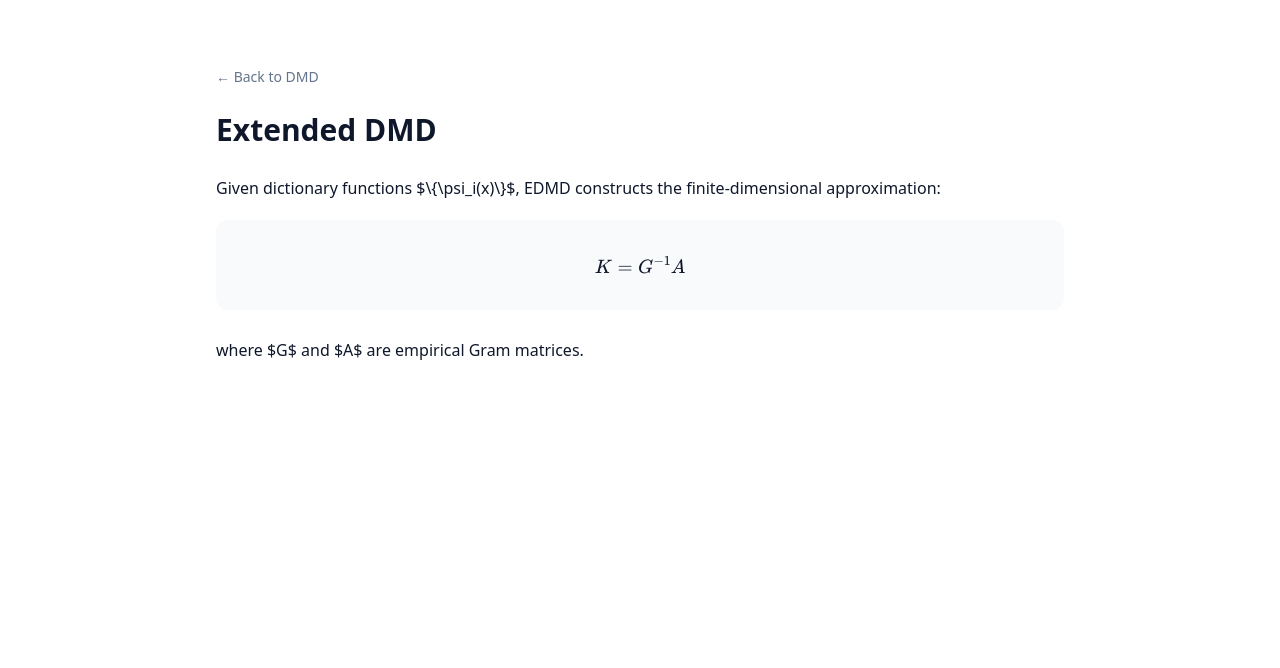
Repository: JWS625/JWS625.github.io
Page: notes/modal_analysis/04_variant_of_dynamic_mode_decomposition.html
The author's editor kept a copy of each file at every save. The page is drawn from the files as they stood at one save, then again after the next save.
The browser window is 1280 px wide. The pictures show the whole page.
Some web libraries are served in a nearby version.

Above is the page before, as saved 2026-02-20 19:21:54.
Console error (its wording comes from the project's code and is left out).

### notes/modal_analysis/04_variant_of_dynamic_mode_decomposition.html
<!doctype html>
<html>
<head>
<meta charset="utf-8">
<title>Variant of Dynamic Mode Decomposition | Research Notes</title>
<script src="https://cdn.tailwindcss.com"></script>
<script src="./../../assets/mathjax-config.js"></script>
<script defer src="https://cdn.jsdelivr.net/npm/mathjax@3/es5/tex-svg.js"></script>


<!-- <script>
window.MathJax = {
  tex: { inlineMath: [['$', '$'], ['\\(', '\\)']] }
};
</script> -->
<script src="https://cdn.jsdelivr.net/npm/mathjax@3/es5/tex-mml-chtml.js"></script>
</head>

<body class="bg-white text-slate-900">
<div class="max-w-4xl mx-auto px-6 py-16">

<a href="index.html" class="text-sm text-slate-500 hover:text-black">
← Back to DMD
</a>

<h1 class="text-3xl font-semibold mt-6">
Extended DMD
</h1>

<p class="mt-6 leading-8">
Given dictionary functions $\{\psi_i(x)\}$, EDMD constructs
the finite-dimensional approximation:
</p>

<div class="bg-slate-50 p-4 rounded-xl mt-4">
$$
K = G^{-1} A
$$
</div>

<p class="mt-6 leading-8">
where $G$ and $A$ are empirical Gram matrices.
</p>

</div>
</body>
</html>

### assets/mathjax-config.js
window.MathJax = {
tex: {
    macros: {
    argmin: ["\\operatorname*{arg\\,min}"],
    argmax: ["\\operatorname*{arg\\,max}"],
    vta: "\\boldsymbol{\\alpha}",
    vtb: "\\boldsymbol{\\beta}",
    vtf: "\\boldsymbol{\\phi}",
    vtrf: "\\boldsymbol{\\varphi}",
    vtg: "\\boldsymbol{\\gamma}",
    vtx: "\\boldsymbol{\\xi}",
    vty: "\\boldsymbol{\\psi}",
    vtF: "\\boldsymbol{\\Phi}",
    vtL: "\\boldsymbol{\\Lambda}",
    vtO: "\\boldsymbol{\\Omega}",
    vtS: "\\boldsymbol{\\Sigma}",
    vtX: "\\boldsymbol{\\Xi}",
    vtY: "\\boldsymbol{\\Psi}",
    vc: "\\mathbf{c}",
    vg: "\\mathbf{g}",
    vv: "\\mathbf{v}",
    vw: "\\mathbf{w}",
    vx: "\\mathbf{x}",
    vy: "\\mathbf{y}",
    vB: "\\mathbf{B}",
    vC: "\\mathbf{C}",
    vF: "\\mathbf{F}",
    vG: "\\mathbf{G}",
    vI: "\\mathbf{I}",
    vQ: "\\mathbf{Q}",
    vX: "\\mathbf{X}",
    vY: "\\mathbf{Y}",
    vM: "\\mathbf{M}",
    vU: "\\mathbf{U}",
    vV: "\\mathbf{V}",
    vZ: "\\mathbf{Z}",
    R: "\\mathbb{R}",
    C: "\\mathbb{C}"
    }
}
};

After the next save:
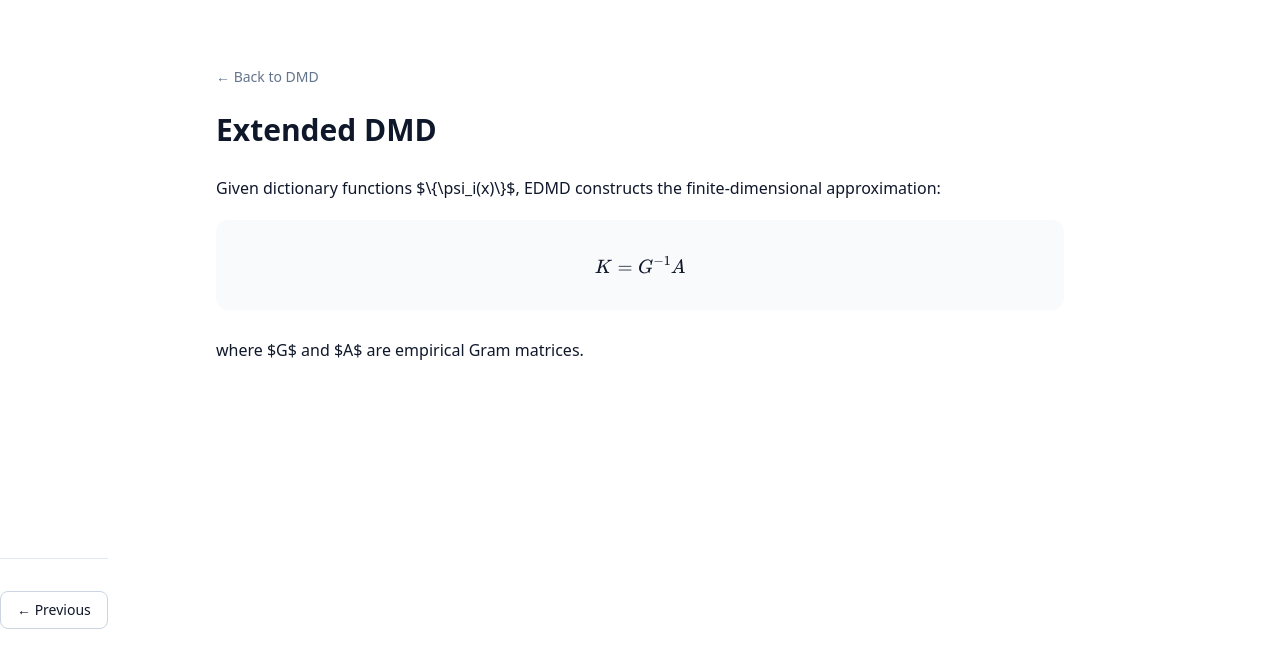
Saved 12 s later.
--- a/notes/modal_analysis/04_variant_of_dynamic_mode_decomposition.html
+++ b/notes/modal_analysis/04_variant_of_dynamic_mode_decomposition.html
@@ -43,5 +43,22 @@ where $G$ and $A$ are empirical Gram matrices.
 </p>
 
 </div>
+
+<div class="mt-16 flex justify-between items-center text-sm">
+
+  <div class="mt-16 pt-8 border-t border-slate-200">
+  <div class="flex justify-between items-center max-w-2xl mx-auto text-sm">
+    <a href="03_koopman_operator_theory_and_extended_dynamics_mode_decomposition.html"
+       class="px-4 py-2 rounded-lg border border-slate-300 hover:bg-slate-50">
+       ← Previous
+    </a>
+
+    <!-- <a href="03_Koopman_theory.html"
+       class="px-4 py-2 rounded-lg border border-slate-300 hover:bg-slate-50">
+       Next →
+    </a> -->
+  </div>
+</div>
+</div>
 </body>
 </html>
